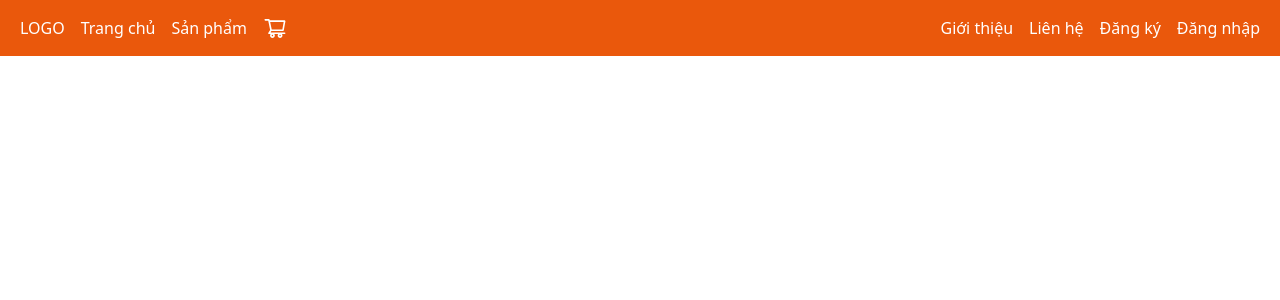
Repository: TinhTT336/MD02_Session15
Page: / (app in client/)
These files come from the project's save history. The page is drawn as it stood at one moment and after the next save; the edit follows.
The browser window is 1280 px wide. The pictures show the whole page.
The project was rebuilt for these pictures with package versions that can differ from the ones it lists, and the page was loaded fresh each time. Also part of the build but not shown: client/vite.config.js.

Above is the page before, as saved 2023-09-15 09:20:40.

After the next save:
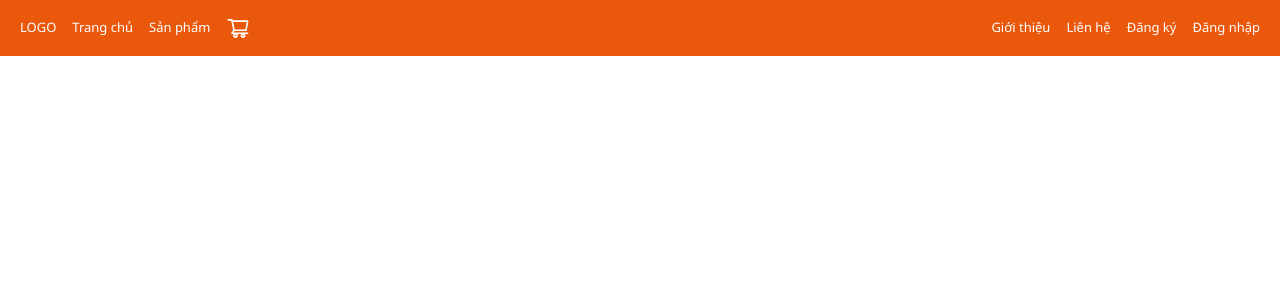
Saved 2 min 13 s later.
--- a/client/src/App.jsx
+++ b/client/src/App.jsx
@@ -1,5 +1,5 @@
 import Header from '../components/user/header/Header';
-// import "./assets/styles/main.css";
+import "./assets/styles/main.css";
 
 function App() {
 
